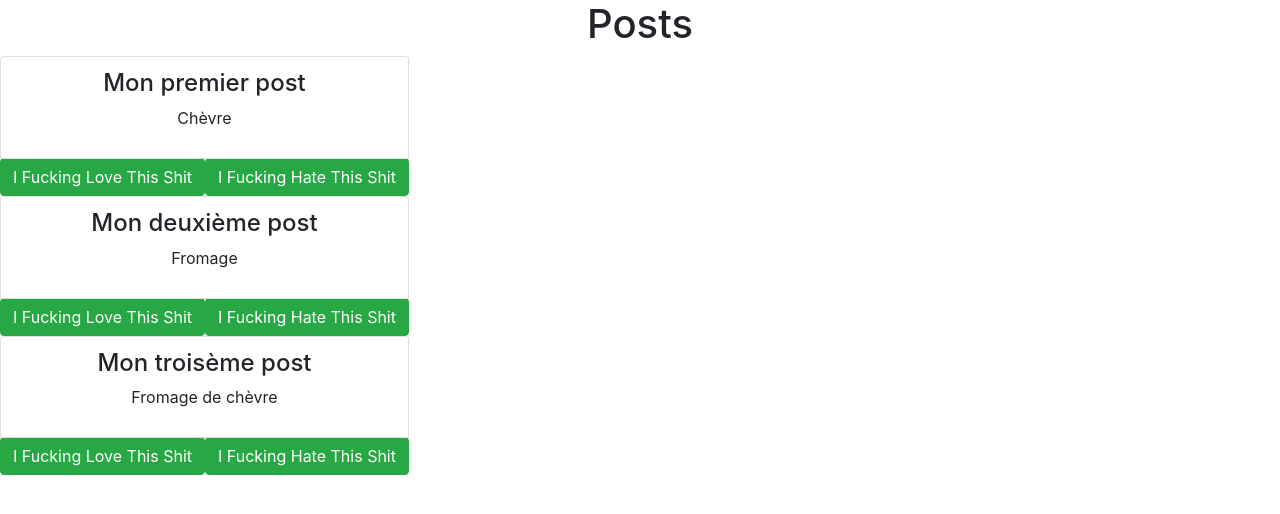
Repository: BillThePony/Ng-Blog-OC
Page: /
An editor plug-in stored every save of this project. The page is shown before and after a run of saves, followed by the edit.
The browser window is 1280 px wide. The pictures show the whole page.
The project was rebuilt for these pictures with package versions that can differ from the ones it lists, and the page was loaded fresh each time. Also part of the build but not shown: angular.json.

Above is the page before, as saved 2018-10-09 18:11:53.

### src/index.html
<!doctype html>
<html lang="en">
<head>
  <meta charset="utf-8">
  <title>MonBlog</title>
  <base href="/">

  <meta name="viewport" content="width=device-width, initial-scale=1">
  <link rel="icon" type="image/x-icon" href="favicon.ico">
</head>
<body>
  <app-root></app-root>
</body>
</html>

### src/app/app.component.ts
import { Component } from "@angular/core";
import { Post } from "../app/model/post";

@Component({
  selector: "app-root",
  templateUrl: "./app.component.html",
  styleUrls: ["./app.component.css"]
})
export class AppComponent {
  arrayPost: Post[] = [
    new Post("Mon premier post", "Chèvre"),
    new Post("Mon deuxième post", "Fromage"),
    new Post("Mon troisème post", "Fromage de chèvre")
  ];
}

### src/app/post-list/post-list.component.ts
import { Component, OnInit, Input } from "@angular/core";
import { Post } from "../model/post";

@Component({
  selector: "app-post-list",
  templateUrl: "./post-list.component.html",
  styleUrls: ["./post-list.component.css"]
})
export class PostListComponent implements OnInit {
  @Input()
  postTableau: Post[];

  constructor() {}

  ngOnInit() {}
}

### src/app/post-list-item/post-list-item.component.ts
import { Component, OnInit, Input } from "@angular/core";
import { Post } from "../model/post";

@Component({
  selector: "app-post-list-item",
  templateUrl: "./post-list-item.component.html",
  styleUrls: ["./post-list-item.component.css"]
})
export class PostListItemComponent implements OnInit {
  @Input()
  postContenu: Post[];

  loveIts: number = 0;
  Like: boolean;

  constructor() {}

  ngOnInit() {}

  iLoveIt() {
    this.loveIts += 1;
    console.log(this.loveIts);
  }
  iDontLoveIt() {
    this.loveIts -= 1;
  }

  defineColor() {
    if (this.loveIts > 0) {
      this.Like = true;
    }
    if (this.loveIts < 0) {
      this.Like = false;
    }
  }
}

### src/app/app.component.html
<div style="text-align:center">
  <h1>
    Posts
  </h1>
</div>

<app-post-list [postTableau]="arrayPost"></app-post-list>

### src/app/model/post.ts
export class Post {
  title: string;
  content: string;
  loveIts: number;

  constructor(title, content, loveIts?) {
    this.title = title;
    this.content = content;
    this.loveIts = loveIts;
  }
}

### src/app/post-list/post-list.component.html
<div *ngFor="let post of postTableau">
  <app-post-list-item [postContenu]="post"></app-post-list-item>
</div>

### src/app/post-list-item/post-list-item.component.html
<div style="text-align:center">
    <div class="container-fluid">
        <div class="row">
            <div class="col-xs-12">
                <li [ngClass]="{'list-group-item' : true,
                'list-group-item-success' : this.Like === true,
                'list-group-item-danger': this.Like === false}">

                    <h4>{{postContenu.title}}</h4>
                    <p>{{postContenu.content}}</p>
                </li>

                <button class="btn btn-success" (click)=iLoveIt()>I Fucking Love This Shit</button>
                <button class="btn btn-success" (click)=iDontLoveIt()>I Fucking Hate This Shit</button>

            </div>
        </div>
    </div>
</div>

Loaded but not shown: src/styles.css (common file); src/main.ts (common file); src/app/app.module.ts (common file); src/environments/environment.ts (common file); src/app/app.component.css (no stored copy; drawn as an empty file); src/app/post-list-item/post-list-item.component.css (no stored copy; drawn as an empty file); src/app/post-list/post-list.component.css (no stored copy; drawn as an empty file)

After the next 2 saves:
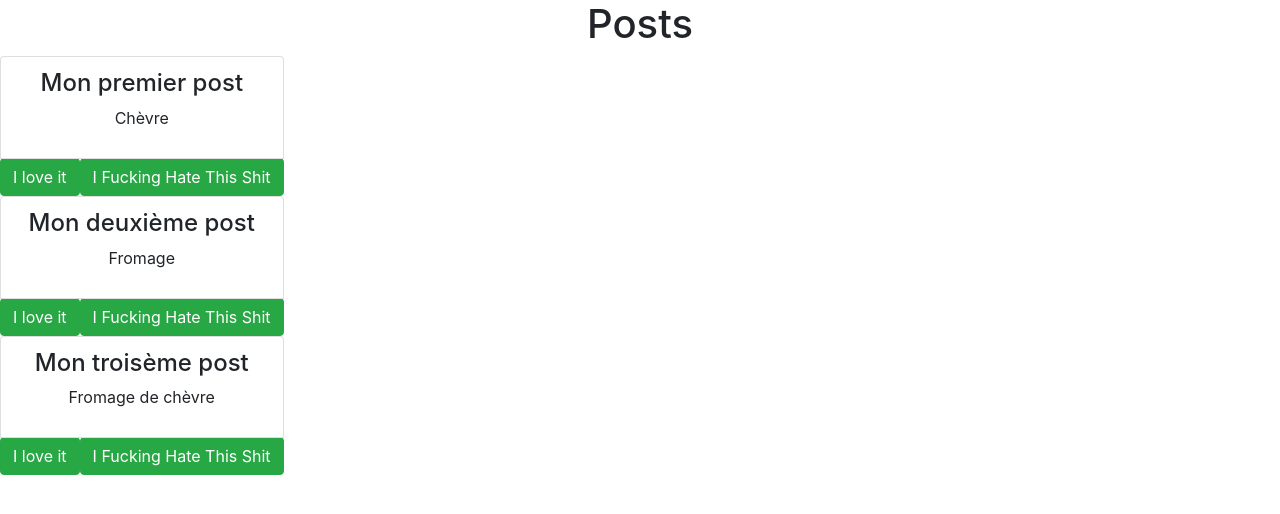
The 2 saves are shown as one change because they came seconds apart.
The last was saved 63 s later.
--- a/src/app/post-list-item/post-list-item.component.html
+++ b/src/app/post-list-item/post-list-item.component.html
@@ -10,7 +10,7 @@
                     <p>{{postContenu.content}}</p>
                 </li>
 
-                <button class="btn btn-success" (click)=iLoveIt()>I Fucking Love This Shit</button>
+                <button class="btn btn-success" (click)=iLoveIt()>I love it</button>
                 <button class="btn btn-success" (click)=iDontLoveIt()>I Fucking Hate This Shit</button>
 
             </div>
